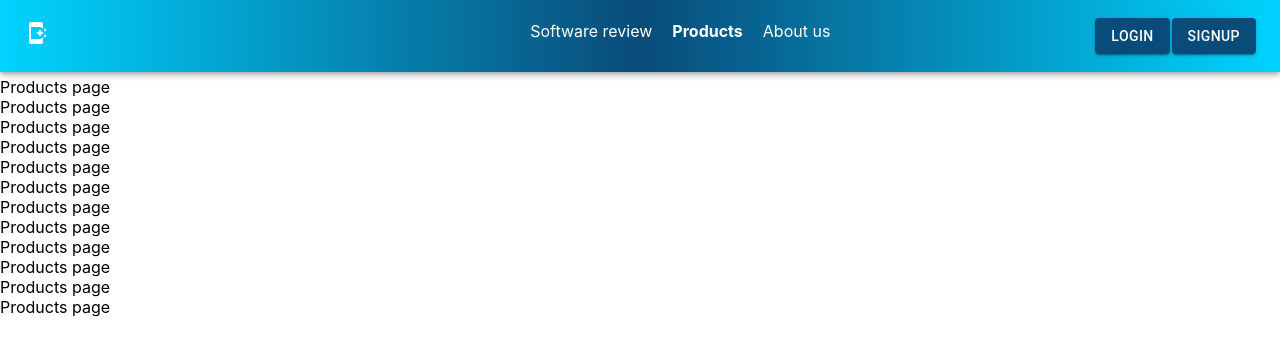
Repository: Alaa-M1/phoenix-products-reactjs-mui
Page: /products
The author's editor kept a copy of each file at every save. The page is drawn from the files as they stood at one save, then again after a run of saves.
The browser window is 1280 px wide. The pictures show the whole page.
The project was rebuilt for these pictures with package versions that can differ from the ones it lists, and the page was loaded fresh each time. Also part of the build but not shown: src/App.css, src/pages/SoftwareReview/index.tsx, src/pages/AboutUs/index.tsx.

Above is the page before, as saved 2023-04-18 17:32:06.

### src/App.tsx
import React from "react";
import "./App.css";
import { Routes, Route } from "react-router-dom";
import SoftwareReview from "pages/SoftwareReview";
import Products from "pages/Products";
import AboutUs from "pages/AboutUs";
import AppLayout from "pages/AppLayout";
import { links } from "shared";

function App() {
  return (
    <Routes>
      <Route path="/" element={<AppLayout links={links} />}>
        <Route index element={<SoftwareReview />}></Route>
        <Route path="/products" element={<Products />}></Route>
        <Route path="/about-us" element={<AboutUs />}></Route>
      </Route>
    </Routes>
  );
}

export default App;

### src/pages/Products/index.tsx
const Products=()=>{
    return <>
    <div>Products page</div>
    <div>Products page</div>
    <div>Products page</div>
    <div>Products page</div>

    <div>Products page</div>
    <div>Products page</div>
    <div>Products page</div>

    <div>Products page</div>
    <div>Products page</div>

    <div>Products page</div>
    <div>Products page</div>
    <div>Products page</div>

    </>
}

export default Products;

### src/pages/AppLayout/index.tsx
import React from "react";
import { AppBar, Toolbar, Grid, Typography, Button, Box } from "@mui/material";
import AppShortcutIcon from "@mui/icons-material/AppShortcut";
import { Outlet, useLocation } from "react-router-dom";
import { StyledLink, StyledNav } from "shared";
import { AppLayoutProps } from "./types";

const AppLayout = ({ links }: AppLayoutProps) => {
  const { pathname } = useLocation();
  return (
    <>
      <AppBar
        sx={{
          position: "relative",
          backgroundImage:
            "linear-gradient(90deg,rgba(0, 212, 255, 1) 0%,rgba(9, 75, 121, 1) 50%,rgba(0, 212, 255, 1) 100%)",
          marginBottom: "5px",
        }}
      >
        <Toolbar>
          <Grid container style={{ placeItems: "center" }}>
            <Grid item xs={2}>
              <Typography>
                <AppShortcutIcon />
              </Typography>
            </Grid>
            <Grid item xs={6}>
              <StyledNav>
                <ul>
                  {links.map((link, index) => (
                    <li key={index}>
                      <StyledLink
                        to={link.path}
                        isActive={pathname === link.path}
                      >
                        {link.label}
                      </StyledLink>
                    </li>
                  ))}
                </ul>
              </StyledNav>
            </Grid>
            <Grid item xs={1} />
            <Grid item xs={3}>
              <Box sx={{ display: "flex" }}>
                <Button
                  sx={{
                    marginLeft: "auto",
                    backgroundColor: "rgba(9,75,121,1)",
                  }}
                  variant="contained"
                >
                  Login
                </Button>
                <Button
                  sx={{
                    marginLeft: "2px",
                    backgroundColor: "rgba(9,75,121,1)",
                  }}
                  variant="contained"
                >
                  Signup
                </Button>
              </Box>
            </Grid>
          </Grid>
        </Toolbar>
      </AppBar>
      <main>
        <Outlet />
      </main>
    </>
  );
};

export default AppLayout;
{
  /* <List>
              {links.map((link, index) => (
                <ListItemButton key={index}>
                  <ListItemIcon>
                    <ReviewsIcon></ReviewsIcon>
                  </ListItemIcon>
                  <ListItemText>{link}</ListItemText>
                </ListItemButton>
              ))}
            </List> */
}

### src/shared/index.ts
export * from './StyledNav';
export * from './StyledLink';
export * from './links';

### src/shared/StyledNav.tsx
import styled from "styled-components";

const StyledNav = styled.nav`
padding: 5px;
display: flex;
margin-bottom: 10px;
ul {
  display: inline-block;
  width: auto;
  margin-left: auto;
}
li {
  margin-left: auto;
  display: inline-block;
  margin: 0px 10px;
  list-style: none;
}
`;

export {StyledNav}

### src/shared/StyledLink.tsx
import { Link, LinkProps } from "react-router-dom";
import styled from "styled-components";

type LinkComponentProps = LinkProps &
  React.RefAttributes<HTMLAnchorElement> & {
    isActive: boolean;
  };
const LinkComponent = (props: LinkComponentProps) => {
  return <Link {...props}></Link>;
};
const StyledLink = styled(LinkComponent)`
  font-weight: ${(p) => (p.isActive ? "bold" : "normal")};
  color:#fff;
  text-decoration: none;
  a {
    text-decoration: none;
  }
`;

export { StyledLink };

### src/shared/links.ts
import { LinkInfo } from "types";

export const links: Array<LinkInfo> = [
    { label: "Software review", path: "/" },
    { label: "Products", path: "/products" },
    { label: "About us", path: "/about-us" },
  ];

Loaded but not shown: public/index.html (common file); src/index.tsx (common file); src/index.css (common file); src/reportWebVitals.ts (common file)

After the next 2 saves:
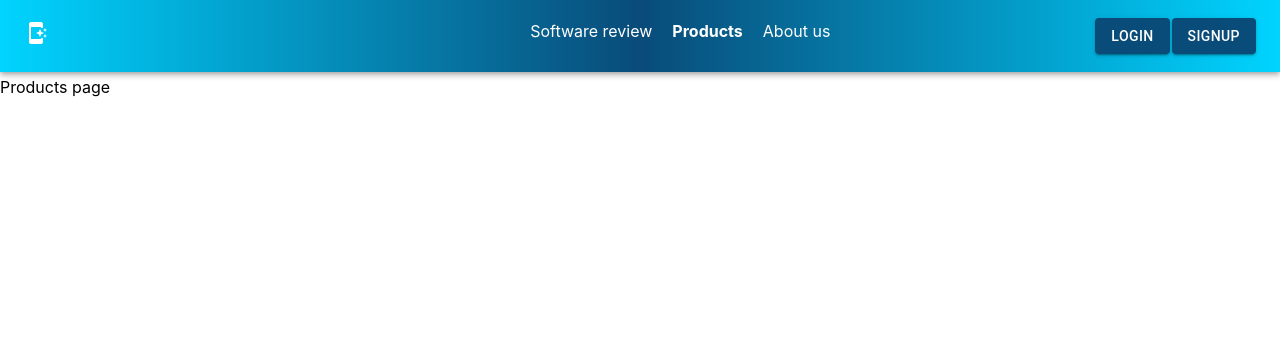
The 2 saves are shown as one change because they came seconds apart.
The last was saved 60 s later.
--- a/src/pages/Products/index.tsx
+++ b/src/pages/Products/index.tsx
@@ -1,22 +1,9 @@
-const Products=()=>{
-    return <>
-    <div>Products page</div>
-    <div>Products page</div>
-    <div>Products page</div>
-    <div>Products page</div>
-
-    <div>Products page</div>
-    <div>Products page</div>
-    <div>Products page</div>
-
-    <div>Products page</div>
-    <div>Products page</div>
-
-    <div>Products page</div>
-    <div>Products page</div>
-    <div>Products page</div>
-
+const Products = () => {
+  return (
+    <>
+      <div>Products page</div>
     </>
-}
+  );
+};
 
 export default Products;
